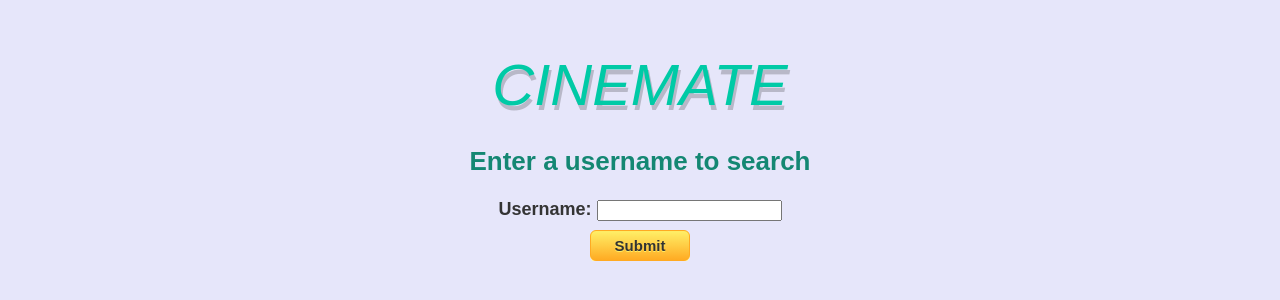
Repository: ir1998/cs201
Page: http://localhost/Assignment2/SearchUsers.jsp
An editor plug-in stored every save of this project. The page is shown before and after the next save, followed by the edit.
The browser window is 1280 px wide. The pictures show the whole page.
The page is served by Tomcat 9.

Above is the page before, as saved 2017-02-11 00:50:58.

After the next save:
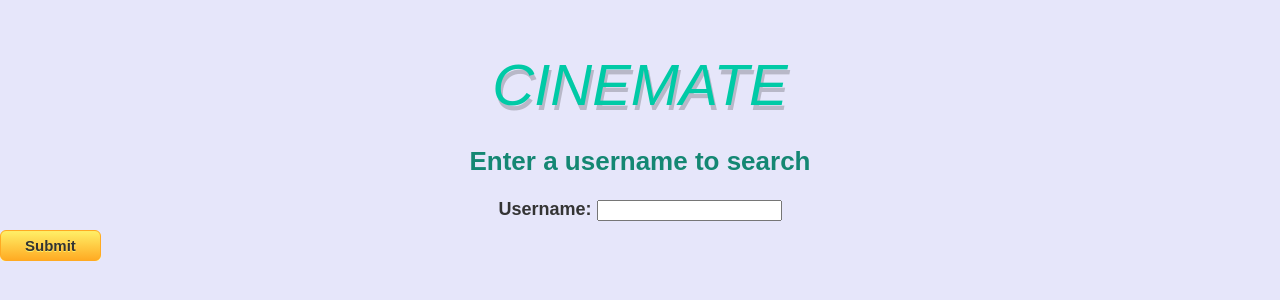
Saved 24 s later.
--- a/Assignment2/WebContent/SearchUsers.jsp
+++ b/Assignment2/WebContent/SearchUsers.jsp
@@ -16,9 +16,7 @@
 %>
 	<form id="form1" method="GET" action="UserSearchServlet">
 		<h2 id="Title4">Username: <input type="text" name="searchedUser"></h2>
-		<div id="ButtonHolder">
-			<input id="MyButton" type="submit" value="Submit" name="Submit">
-		</div>
+		<input id="MyButton" type="submit" value="Submit" name="Submit">
 	</form>
 <%} else{%>
 	<h2 id="Title3">Error: <%out.print(request.getAttribute("error")); %></h2>
